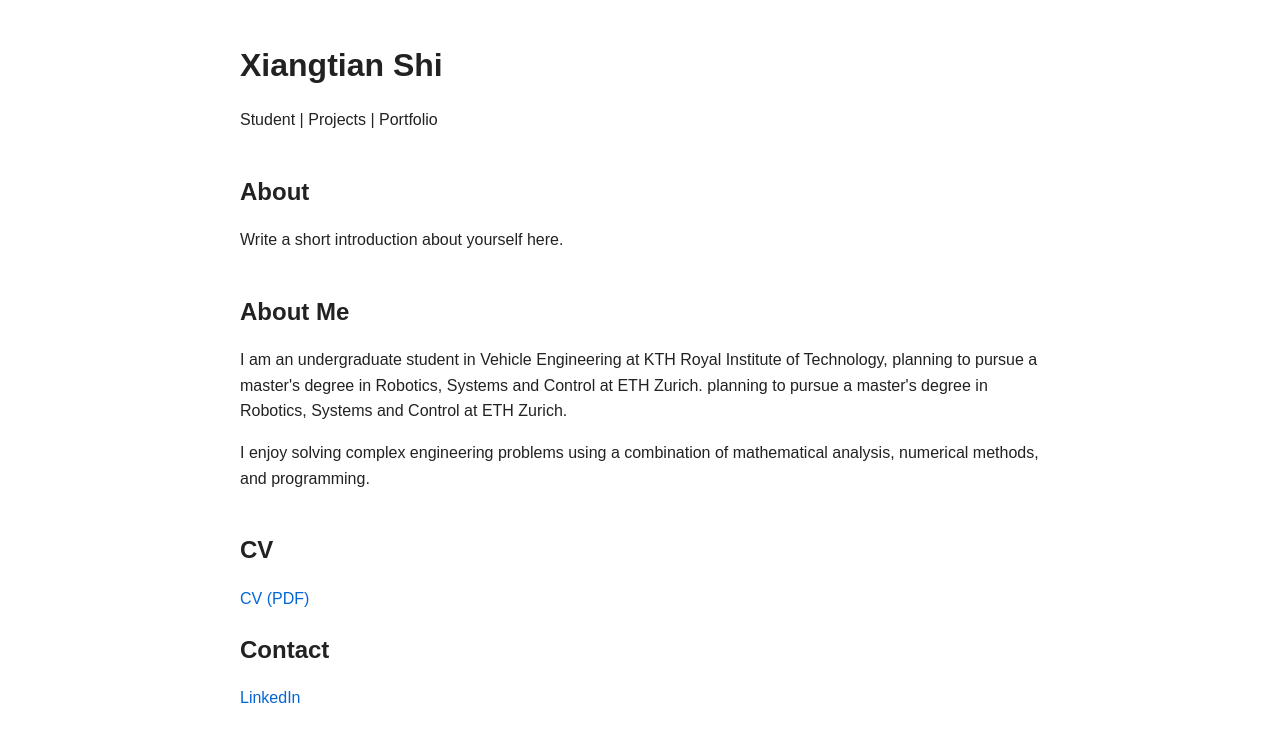
Repository: xitisch/xitisch.github.io
Page: index.html
An editor plug-in stored every save of this project. The page is shown before and after the next save, followed by the edit.
The browser window is 1280 px wide. The pictures show the whole page.

Above is the page before, as saved 2026-04-21 23:17:11.

### index.html
<!doctype html>
<html lang="en">
<head>
  <meta charset="UTF-8">
  <meta name="viewport" content="width=device-width, initial-scale=1.0">
  <title>Xiangtian Shi</title>
  <style>
    body {
      font-family: Arial, sans-serif;
      max-width: 800px;
      margin: 40px auto;
      padding: 0 20px;
      line-height: 1.6;
      color: #222;
    }
    h1, h2 { margin-bottom: 0.3em; }
    .section { margin-top: 40px; }
    a { color: #0366d6; text-decoration: none; }
    a:hover { text-decoration: underline; }
  </style>
</head>
<body>
  <h1>Xiangtian Shi</h1>
  <p>Student | Projects | Portfolio</p>

  <div class="section">
    <h2>About</h2>
    <p>Write a short introduction about yourself here.</p>
  </div>

  <div class="section">
    <h2>About Me</h2>
    <p>
      I am an undergraduate student in Vehicle Engineering at KTH Royal Institute of Technology, planning to pursue a master's degree in Robotics, Systems and Control at ETH Zurich.
      planning to pursue a master's degree in Robotics, Systems and Control at ETH Zurich.
    <p>
    I enjoy solving complex engineering problems using a combination of
    mathematical analysis, numerical methods, and programming.
    </p>
  </div>
  <div class="section">
    <h2>CV</h2>
    <p>
      <a href="XiangtianShi_CV.pdf" target="_blank">CV (PDF)</a>
    </p>
    <h2>Contact</h2>
    <p>
      <a href="https://www.linkedin.com/in/xiangtian-shi-5ab47428b/">LinkedIn</a>
    </p>
  </div>
</body>
</html>

After the next save:
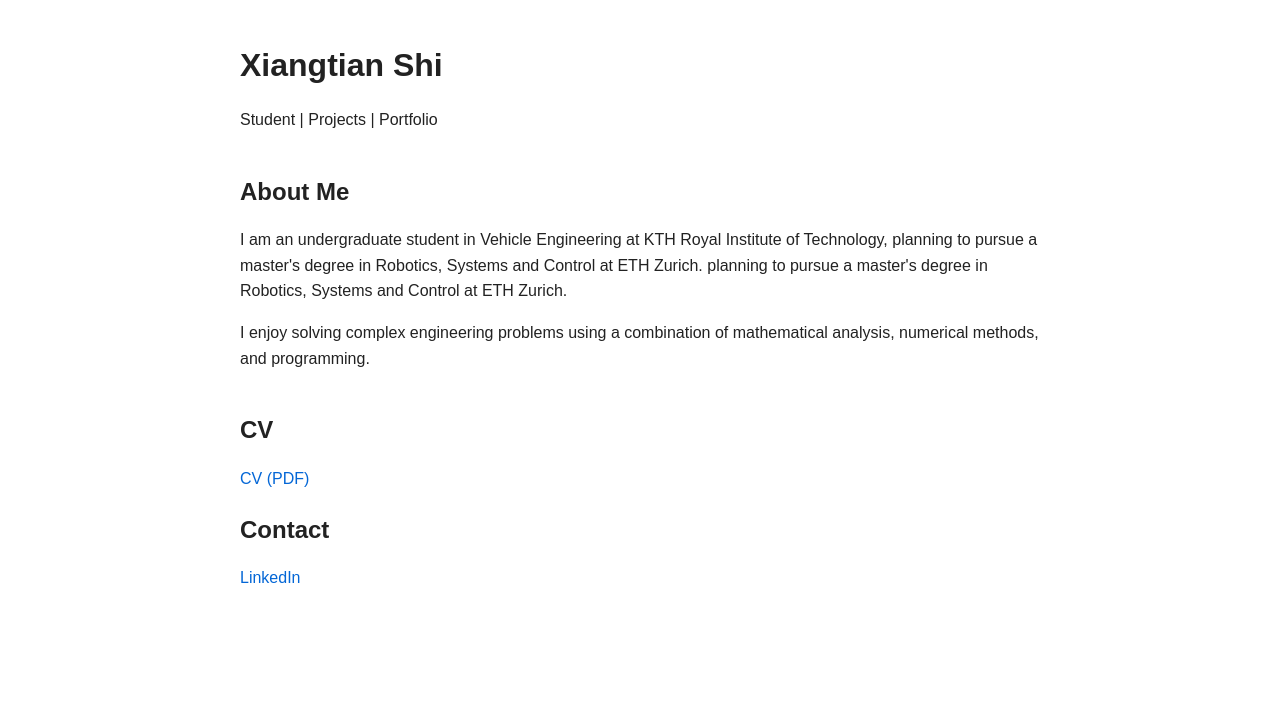
Saved 18 s later.
--- a/index.html
+++ b/index.html
@@ -24,11 +24,6 @@
   <p>Student | Projects | Portfolio</p>
 
   <div class="section">
-    <h2>About</h2>
-    <p>Write a short introduction about yourself here.</p>
-  </div>
-
-  <div class="section">
     <h2>About Me</h2>
     <p>
       I am an undergraduate student in Vehicle Engineering at KTH Royal Institute of Technology, planning to pursue a master's degree in Robotics, Systems and Control at ETH Zurich.
